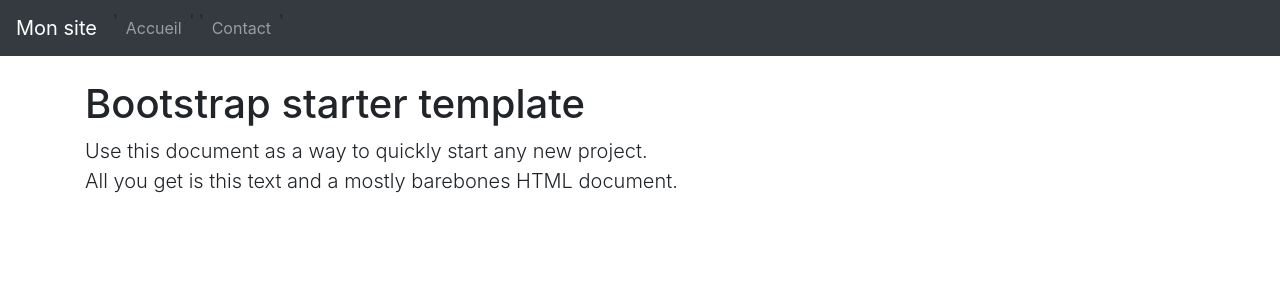
Repository: Alex-Serky/Backend_PHP
Page: http://localhost/
The author's editor kept a copy of each file at every save. The page is drawn from the files as they stood at one save, then again after the next save.
The browser window is 1280 px wide. The pictures show the whole page.
Some web libraries are served in a nearby version. The page is run by PHP 8.4 with error messages shown; the project is at /var/www/html/.

Above is the page before, as saved 2020-07-20 17:13:04.

After the next save:
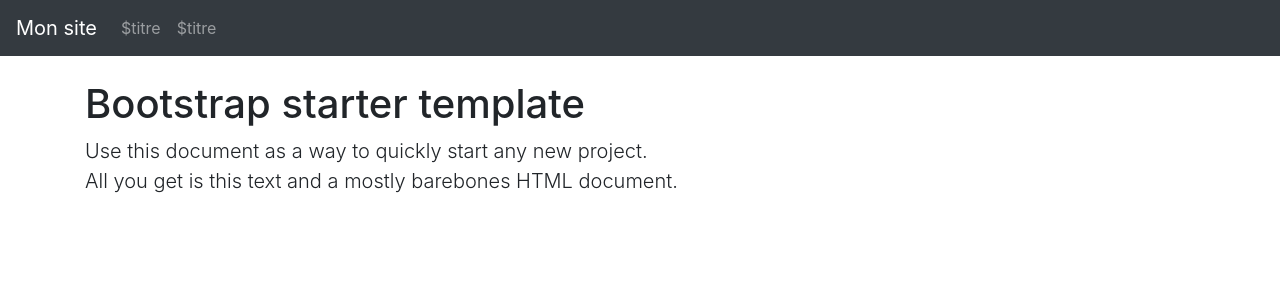
Saved 40 s later.
--- a/header.php
+++ b/header.php
@@ -5,11 +5,11 @@ function nav_item(string $lien, string $titre){
     if ($_SERVER['SCRIPT_NAME'] === $lien) {
         $classe = $classe . ' active';
     }
-    return <<<HTML
+    return
         '<li class="' . $classe . '">
             <a class="nav-link" href="' . $lien .'">$titre</a>
-        </li>'
-HTML;
+        </li>';
+
 }
 
 ?>
